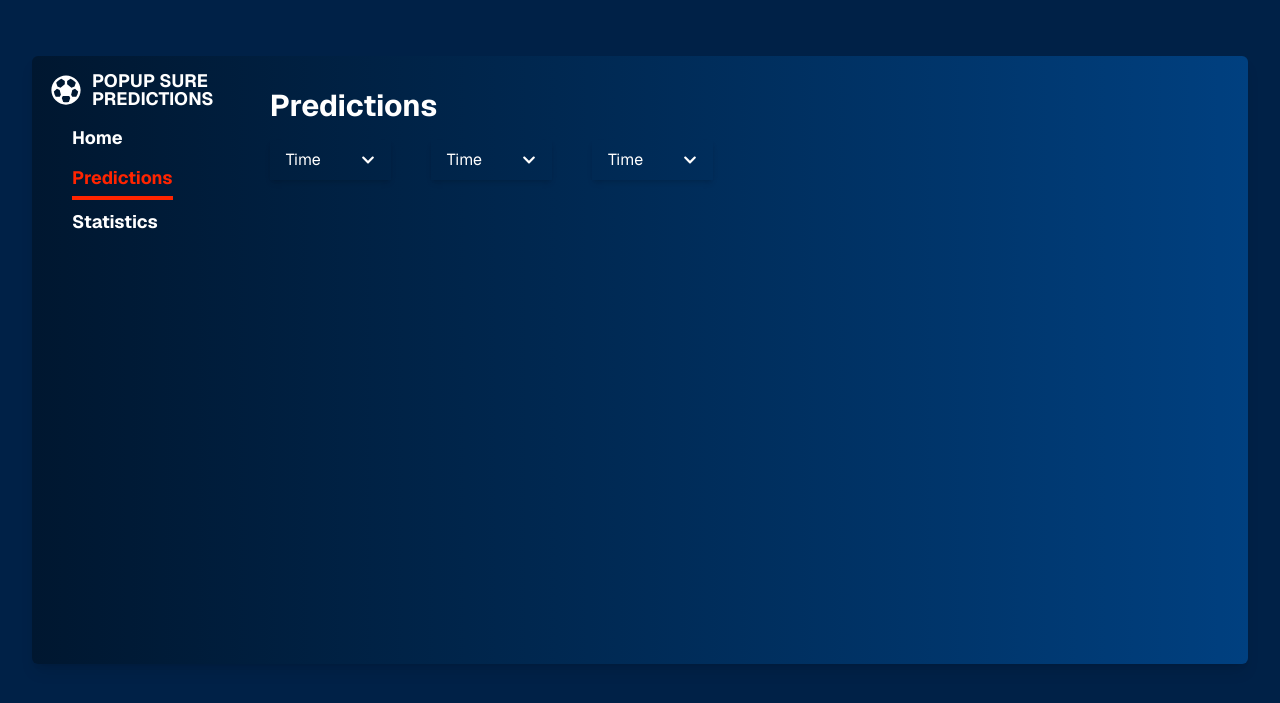
Repository: prototypedave/AlgoFooty
Page: /predictions (app in frontend/algo-footy/)
These files come from the project's save history. The page is drawn as it stood at one moment and after the next save; the edit follows.
The browser window is 1280 px wide. The pictures show the whole page.
The project was rebuilt for these pictures with package versions that can differ from the ones it lists, and the page was loaded fresh each time. The framework's server and built-in components were replaced by stand-ins that run in the browser. Also part of the build but not shown: frontend/algo-footy/next.config.ts.

Above is the page before, as saved 2025-11-03 07:22:14.

### frontend/algo-footy/app/predictions/page.tsx
"use client";

import Link from "next/link";
import { IoMdFootball } from "react-icons/io";
import { usePathname } from "next/navigation";
import DropdownButton from "@/components/dropdown";

export default function Predictions() {
    const pathname = usePathname();
    return (
        <div className="relative flex flex-col min-h-screen items-center justify-center bg-oxford-blue font-sans">
            <nav className="absolute inset-x-0 top-0 bottom-0 bg-gradient-to-r from-[#001730] to-[#004080] text-white max-h-full rounded-md mx-8 my-14 shadow-lg flex gap-10 p-4">
                <div className="flex flex-col">
                    <div className="flex gap-2">
                        <IoMdFootball className="text-4xl"/>
                        <p className="text-lg font-bold leading-none">
                            <span className="block">POPUP SURE </span>
                            <span className="block">PREDICTIONS</span>
                        </p>
                    </div>
                    <div className="flex flex-col items-start gap-2 pt-4 pl-6 font-bold text-lg text-white">
                        <Link
                            href="/home"
                            className={`pb-1 ${
                            pathname === "/home"
                                ? "border-b-4 border-black font-bold"
                                : "border-b-0"
                            }`}
                        >
                            Home
                        </Link>
                        <Link href="/predictions"
                            className={`inline-block pb-1 ${
                                pathname === "/predictions"? "border-b-4 border-orange-red font-bold text-orange-red" : "border-b-0 border-orange-red"
                            }`}>Predictions</Link>
                        <Link href={"/statistics"}>Statistics</Link>
                    </div>
                </div>
                <div className="flex flex-col p-4 gap-4 w-full">
                    <h1 className="text-3xl font-bold">Predictions</h1>
                    <div className="flex gap-10 w-full">
                            <DropdownButton />
                            <DropdownButton />
                            <DropdownButton />
                    </div>
                </div>
            </nav>
        </div>
    );
}

### frontend/algo-footy/app/globals.css
@import "tailwindcss";

:root {
  --background: #ffffff;
  --foreground: #171717;
}

@theme inline {
  --color-background: var(--background);
  --color-foreground: var(--foreground);
  --font-sans: var(--font-geist-sans);
  --font-mono: var(--font-geist-mono);
}

@theme {
  --color-oxford-blue: #002147;
  --color-orange-red: #FF2400;
}

@media (prefers-color-scheme: dark) {
  :root {
    --background: #0a0a0a;
    --foreground: #ededed;
  }
}

body {
  background: var(--background);
  color: var(--foreground);
  font-family: Arial, Helvetica, sans-serif;
}

### frontend/algo-footy/components/dropdown.tsx
"use client";
import { useState } from "react";
import { FaChevronDown, FaChevronUp } from "react-icons/fa";

export default function DropdownButton() {
  const [open, setOpen] = useState(false);

  return (
    <div className="relative inline-block text-left">
      {/* Button */}
      <button
        onClick={() => setOpen(!open)}
        className="flex items-center justify-between gap-10 text-white-500 px-4 py-2 shadow-md hover:text-orange-red transition"
      >
        Time
        {open ? (
          <FaChevronUp className="text-sm" />
        ) : (
          <FaChevronDown className="text-sm" />
        )}
      </button>

      {/* Dropdown Menu */}
      {open && (
        <div className="absolute right-0 mt-2 w-48 shadow-lg">
          <ul className="py-1">
            <li>
              <a
                href="#profile"
                className="block px-4 py-2 text-white-300 hover:bg-orange-red"
              >
                Next 1hr
              </a>
            </li>
            <li>
              <a
                href="#settings"
                className="block px-4 py-2 text-white-200 hover:bg-orange-red"
              >
                Next 3hrs
              </a>
            </li>
            <li>
              <a
                href="#logout"
                className="block px-4 py-2 text-white-300 hover:bg-orange-red"
              >
                Next 6hrs
              </a>
            </li>
          </ul>
        </div>
      )}
    </div>
  );
}

Loaded but not shown: frontend/algo-footy/app/layout.tsx (common file)

After the next save:
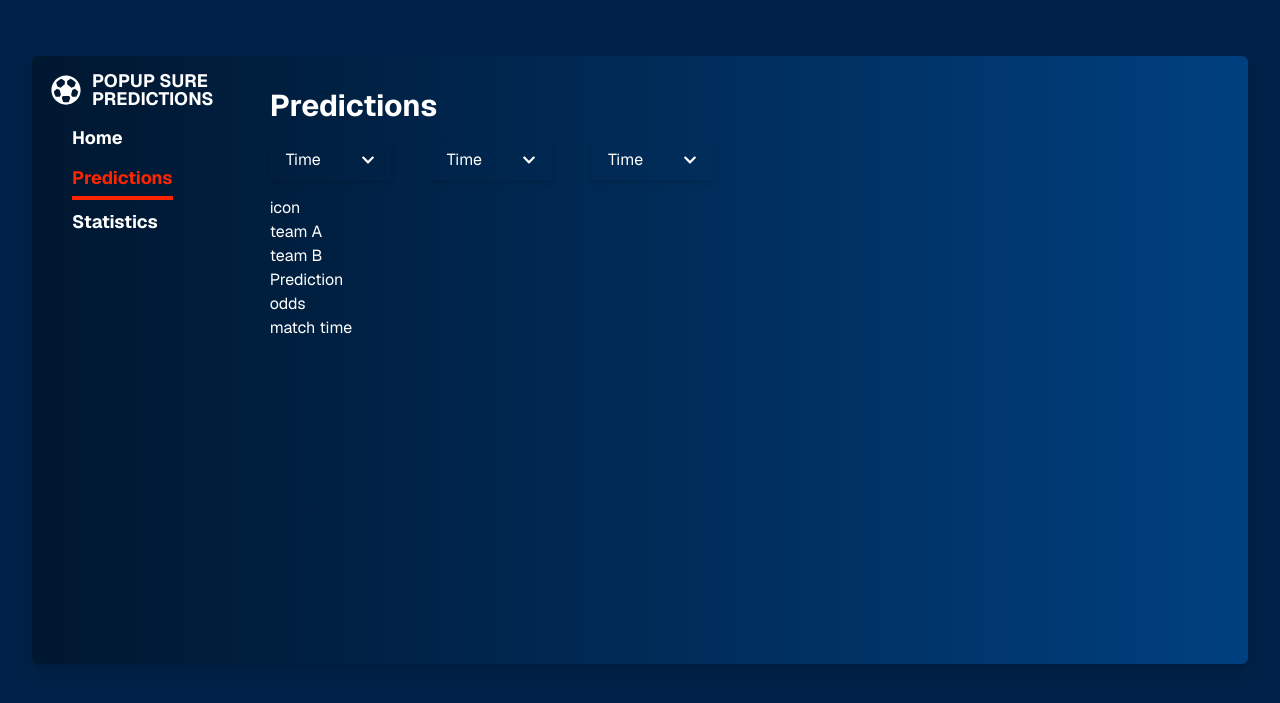
Saved 4 min 43 s later.
--- a/frontend/algo-footy/app/predictions/page.tsx
+++ b/frontend/algo-footy/app/predictions/page.tsx
@@ -43,6 +43,20 @@ export default function Predictions() {
                             <DropdownButton />
                             <DropdownButton />
                     </div>
+                    <div>
+                        <ol>
+                            <li>
+                                <p>icon</p>
+                                <div>
+                                    <p>team A</p>
+                                    <p>team B</p>
+                                </div>
+                                <p>Prediction</p>
+                                <div>odds</div>
+                                <div>match time</div>
+                            </li>
+                        </ol>
+                    </div>
                 </div>
             </nav>
         </div>
